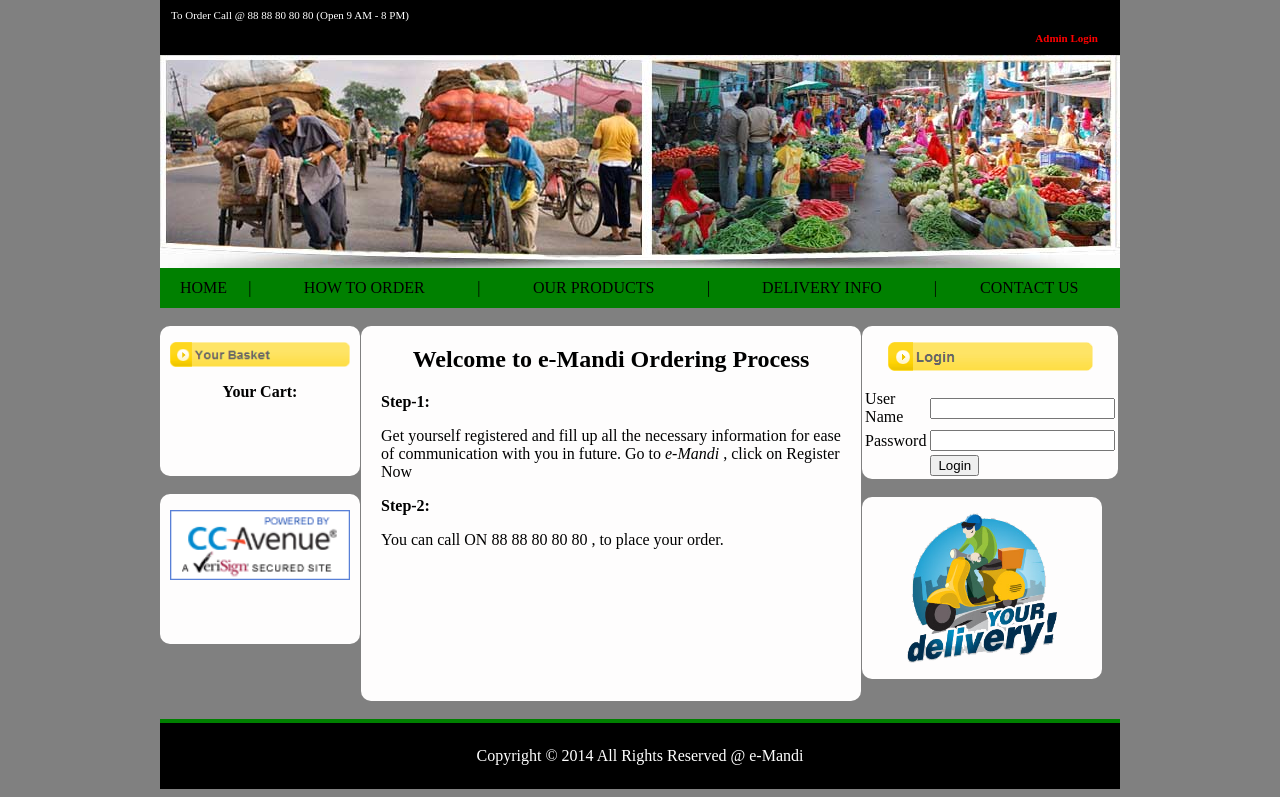
Repository: aashi12/e_mandi
Page: http://localhost/e_mandi/ourProducts.jsp
An editor plug-in stored every save of this project. The page is shown before and after the next save, followed by the edit.
The browser window is 1280 px wide. The pictures show the whole page.
The page is served by Tomcat 9. Other server files are loaded and not shown.

Above is the page before, as saved 2014-04-18 12:20:47.

### e_mandi/WebContent/ourProducts.jsp
<%@ page language="java" contentType="text/html; charset=ISO-8859-1"
    pageEncoding="ISO-8859-1"%>
<!DOCTYPE html PUBLIC "-//W3C//DTD HTML 4.01 Transitional//EN" "http://www.w3.org/TR/html4/loose.dtd">
<html>
<head>
<meta http-equiv="Content-Type" content="text/html; charset=ISO-8859-1">
<title>Online e-Mandi</title>
<link rel="stylesheet" href="style.css" />
</head>
<body bgcolor="gray">
<div id="container">
<div id="main">
<table border="0" width="960" height="270" cellspacing="0" cellpadding="0">
<tr>
<td height="25" bgcolor="black" class="order"><p> &nbsp;&nbsp;&nbsp;&nbsp;To Order Call @ 88 88 80 80 80 (Open 9 AM - 8 PM)</p>
<p align="right" class="admin"><b><a href="admin.jsp">Admin Login</a> &nbsp; &nbsp; &nbsp; &nbsp;</b></p>
</td>
</tr>
<tr>
<td class="bann">
<!--  banner -->
</td>
</tr>
</table>
<table border="0" width="960" height="40" cellspacing="0" cellpadding="0">
<tr bgcolor="green">
<td align="center" class="tab"><a href="index.jsp">HOME</a></td>
<td align="center" class="tab">|</td>
<td align="center" class="tab"><a href="howToOrder.jsp">HOW TO ORDER</a></td>
<td align="center" class="tab">|</td>
<td align="center" class="tab"><a href="ourProducts.jsp">OUR PRODUCTS</a></td>
<td align="center" class="tab">|</td>
<td align="center" class="tab"><a href="deliveryInfo.jsp">DELIVERY INFO</a></td>
<td align="center" class="tab">|</td>
<td align="center" class="tab"><a href="contactUs.jsp">CONTACT US</a></td>
</tr>
</table>
<br/>
<table border="0" width="960" height="auto" cellspacing="0" cellpadding="0">
<tr>
<td width="200" valign="top">
<table class="basket" width="200" height="150" cellspacing="0" cellpadding="0" bgcolor="#fefdfd">
<tr>
<td align="center" valign="top">
<p><img src="images/basket.png" width="180"/></p>
<p class="bask"><b>Your Cart:</b></p>
</td>
</tr>
</table>
&nbsp;
<table class="basket" width="200" height="150" cellspacing="0" cellpadding="0" bgcolor="#fefdfd">
<tr>
<td align="center" valign="top">
<p><img src="images/ccav.gif" width="180"/></p>
</td>
</tr>
</table>
</td>
<td width="560" align="center" valign="top">
<table class="basket" border="0" width="500" height="150" cellspacing="0" cellpadding="0" bgcolor="#fefdfd">
<tr>
<td  valign="top">
<h2 align="center">Welcome to e-Mandi Ordering Process</h2>
<div id="con1">
<p><b>Step-1:</b></p>
<p>Get yourself registered and fill up all the necessary information for ease of communication
with you in future. Go to <i>e-Mandi</i> , click on Register Now</p>
<p><b>Step-2:</b></p>
<p>You can call ON    88 88 80 80 80 , to place your order.</p>

<p>&nbsp;</p>
<p>&nbsp;</p>
<p>&nbsp;</p>
<p>&nbsp;</p>
</div>
</td>
</tr>
</table>

</td>
<td width="300" valign="top">
<table border="0" class="basket" width="200" height="150" cellspacing="0" cellpadding="0" bgcolor="#fefdfd">
<tr>
<td align="center">
<p><img src="images/login.png" /></p>
<table width="240">
<tr>
<td>User Name</td>
<td><input type="text" name="uname"></td>
</tr>
<tr>
<td>Password</td>
<td><input type="password" name="pass"></td>
</tr>
<tr>
<td></td>
<td><input type="submit" value="Login"></td>
</tr>
</table>
</td>
</tr>
</table>
&nbsp;
<table border="0" class="basket" width="240" height="150" cellspacing="0" cellpadding="0" bgcolor="#fefdfd">
<tr>
<td align="center">
<p><img src="images/free.png" width="150" height="150" /></p>
</td>
</tr>
</table>
</td>
</tr>
</table>
&nbsp;
<table border="0" width="960" height="70" cellspacing="0" cellpadding="0">
<tr>
<td height="4" bgcolor="green"></td>
</tr>
<tr>
<td height="65" bgcolor="black" align="center" class="foot">
<p>Copyright &copy; 2014 All Rights Reserved @ e-Mandi</p>
</td>
</tr>
</table>
</div>
</div>
</body>
</html>

### e_mandi/WebContent/style.css
#container{margin-top:-10px;}
#main{margin: 0px auto;width:960px;}
.tab{color:#000;text-decoration:none;}
.tab a{color:#000;text-decoration:none;}
.tab a:hover{color:#fff;text-decoration:none;}
.tab12{color:#fff;text-decoration:none;}
.tab12 a{color:#fff;text-decoration:none;}
.tab12 a:hover{color:red;text-decoration:none;}
.bann{background-image: url(images/header.jpg);}
.order{color:#fff; font-size:11px;}
.free{padding-left:400px;}
.logo{padding-bottom:50px;}
.basket{border-radius:10px;}
.foot{color:#fff;}
.cat{color:#000;text-decoration:none;}
.cat a{color:red;text-decoration:none;}
.cat a:hover{color:green;text-decoration:none;}
.admin{color:red;text-decoration:none; }
.admin a{color:red; text-decoration:none;}
.admin a:hover{color:#fff;text-decoration:none; }
#con1{padding-left:20px;padding-right:20px;}
img{border:none;}
a{text-decoration:none;}
.log a{text-decoration:none;}
.section a{color:green;text-decoration:none;}
.section a:hover{color:red;text-decoration:none;}
.quick{color:green;text-decoration:underline;}
#login
{
	text-align:center;

}

After the next save:
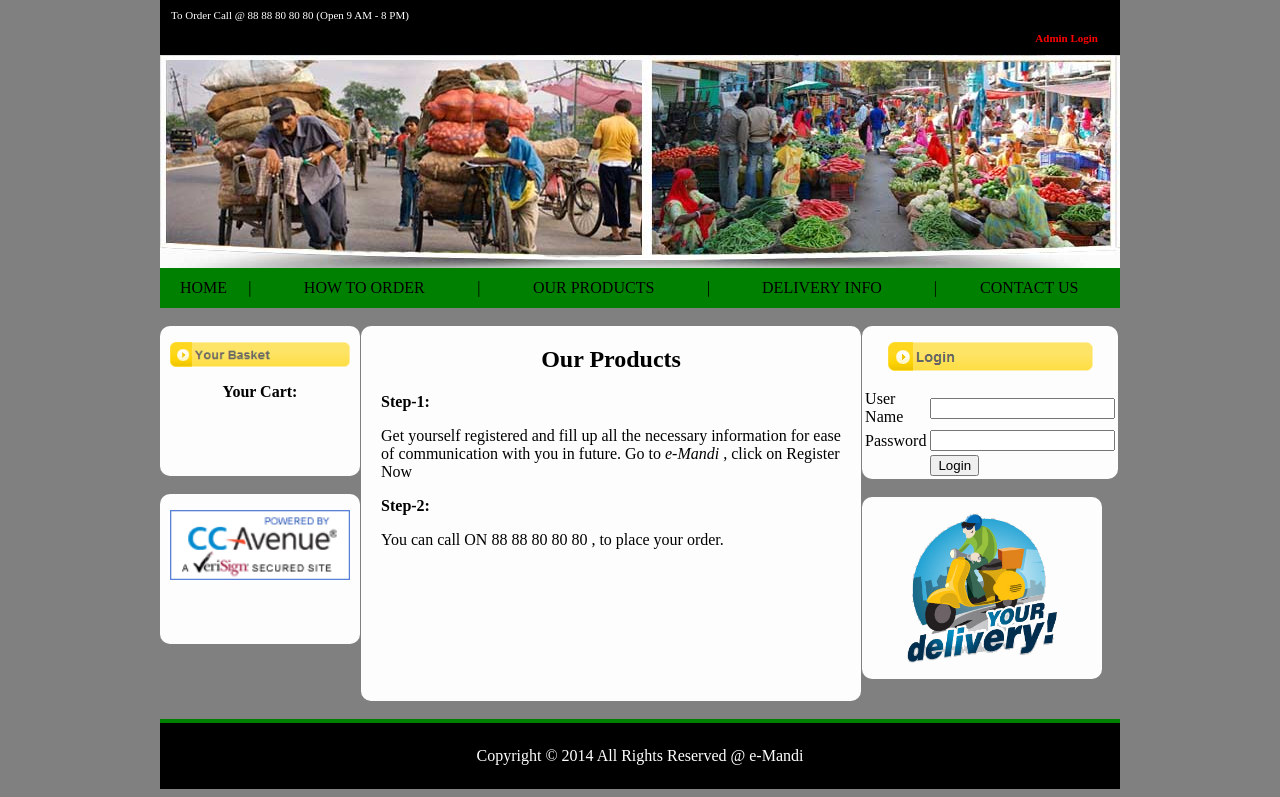
Saved 72 s later.
--- a/e_mandi/WebContent/ourProducts.jsp
+++ b/e_mandi/WebContent/ourProducts.jsp
@@ -60,7 +60,7 @@
 <table class="basket" border="0" width="500" height="150" cellspacing="0" cellpadding="0" bgcolor="#fefdfd">
 <tr>
 <td  valign="top">
-<h2 align="center">Welcome to e-Mandi Ordering Process</h2>
+<h2 align="center">Our Products</h2>
 <div id="con1">
 <p><b>Step-1:</b></p>
 <p>Get yourself registered and fill up all the necessary information for ease of communication
